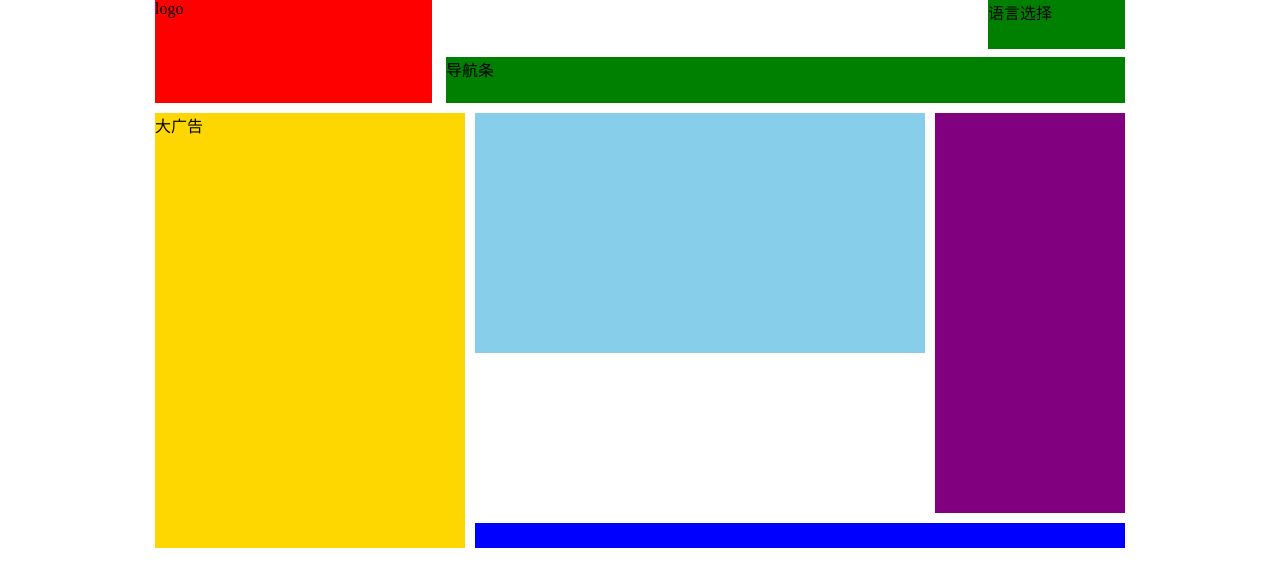
Repository: Germtao/Web
Page: web_css/css_浮动.html
An editor plug-in stored every save of this project. The page is shown before and after the next save, followed by the edit.
The browser window is 1280 px wide. The pictures show the whole page.

Above is the page before, as saved 2020-10-30 10:38:41.

After the next save:
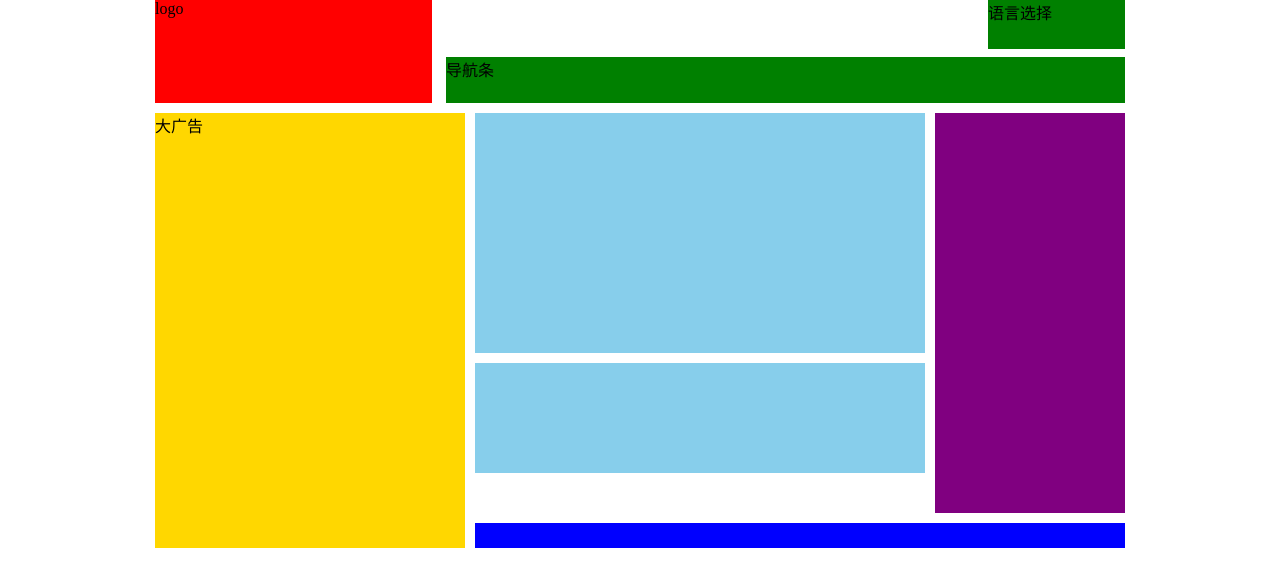
Saved 56 s later.
--- a/web_css/css_浮动.html
+++ b/web_css/css_浮动.html
@@ -217,6 +217,13 @@
     .content .rightPart .main .news .news1 {
       width: 450px;
       height: 240px;
+      background-color: skyblue;
+      margin-bottom: 10px;
+    }
+
+    .content .rightPart .main .news .news2 {
+      width: 450px;
+      height: 110px;
       background-color: skyblue;
       margin-bottom: 10px;
     }
